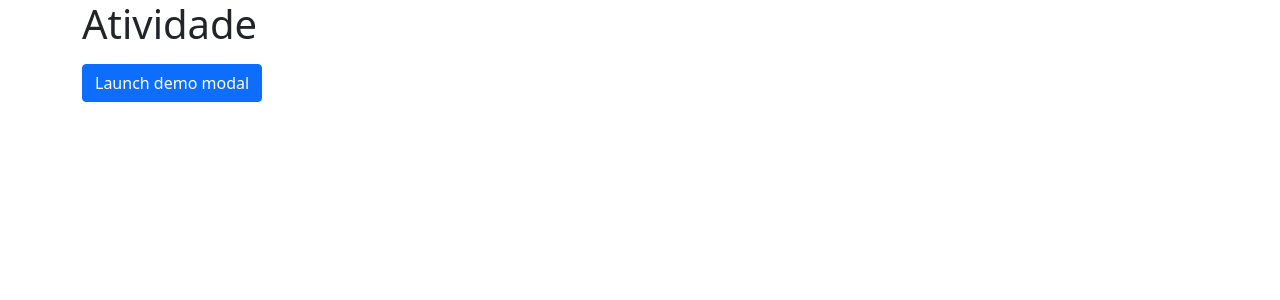
Repository: faribeiro/react-dotnetcore-efcore
Page: / (app in front/pro-atividade-app/)
The author's editor kept a copy of each file at every save. The page is drawn from the files as they stood at one save, then again after a run of saves.
The browser window is 1280 px wide. The pictures show the whole page.
The page's requests for data from a server got no answer. The project was rebuilt for these pictures with package versions that can differ from the ones it lists, and the page was loaded fresh each time. No one was signed in, and anything a server would have sent is missing. Also part of the build but not shown: front/pro-atividade-app/src/components/AtividadeForm.js, front/pro-atividade-app/src/components/Atividade.js.

Above is the page before, as saved 2023-10-24 15:10:11.

After the next 2 saves:
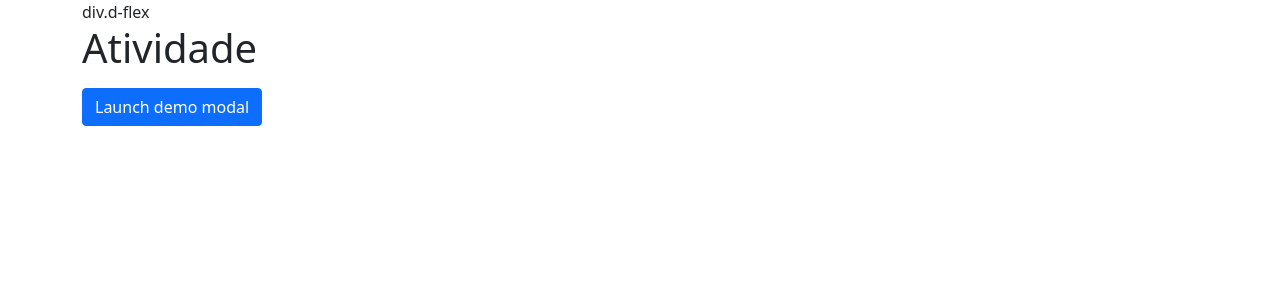
The 2 saves are shown as one change because they came seconds apart.
The last was saved 45 s later.
--- a/front/pro-atividade-app/src/App.js
+++ b/front/pro-atividade-app/src/App.js
@@ -62,6 +62,7 @@ function App() {
 
   return (
     <>
+    div.d-flex
       <h1>Atividade {atividade.id !== 0 ? atividade.id : ''}</h1>
       <AtividadeLista
         atividades={atividades}
